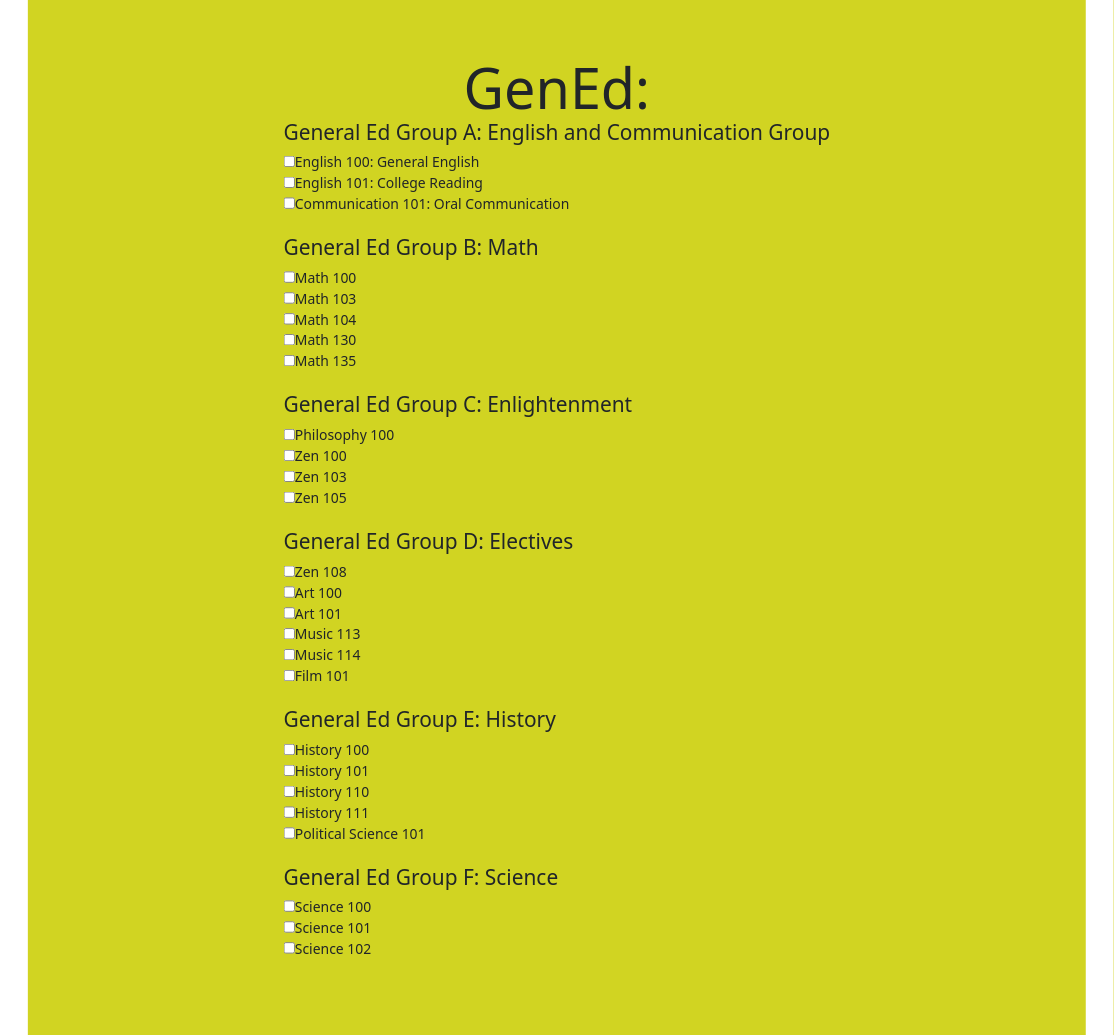
Repository: collegedude9300/zenschool
Page: /GenEd
These files come from the project's save history. The page is drawn as it stood at one moment and after the next save; the edit follows.
The browser window is 1280 px wide. The pictures show the whole page, at 87% of full size.
The project was rebuilt for these pictures with package versions that can differ from the ones it lists, and the page was loaded fresh each time. The framework's server and built-in components were replaced by stand-ins that run in the browser. Also part of the build but not shown: next.config.js.

Above is the page before, as saved 2022-10-27 18:44:08.

After the next save:
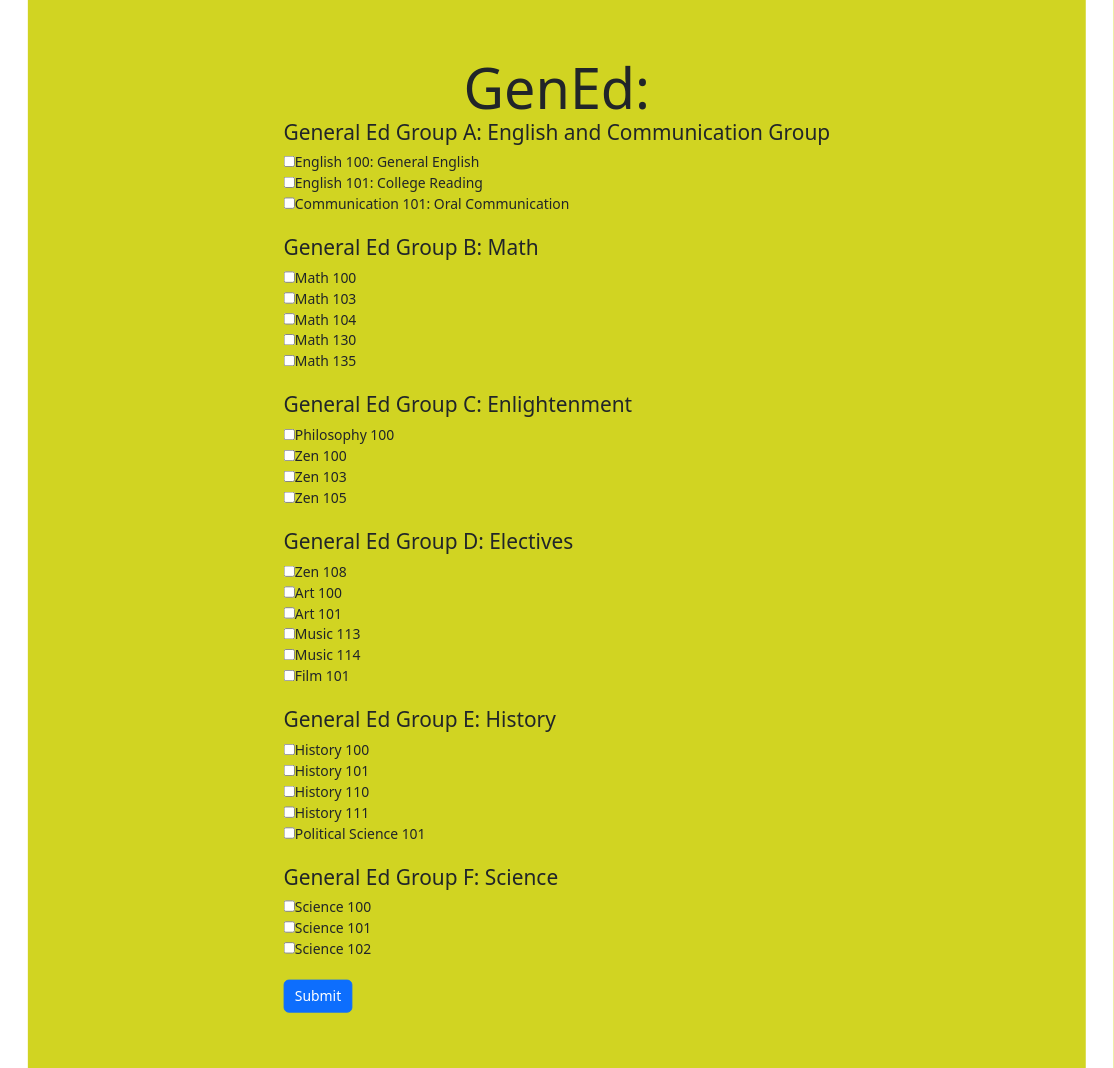
Saved 47 s later.
--- a/pages/GenEd.js
+++ b/pages/GenEd.js
@@ -80,6 +80,7 @@ GenEd:
 <input type="checkbox" id="Science 102" name="Science 102" value="Science 102"/>
 <label for="Science 102"> Science 102</label><br/>
 <br/>
+<button type="submit" className="btn btn-primary">Submit</button>
 </form>
 </main>
       </div>
